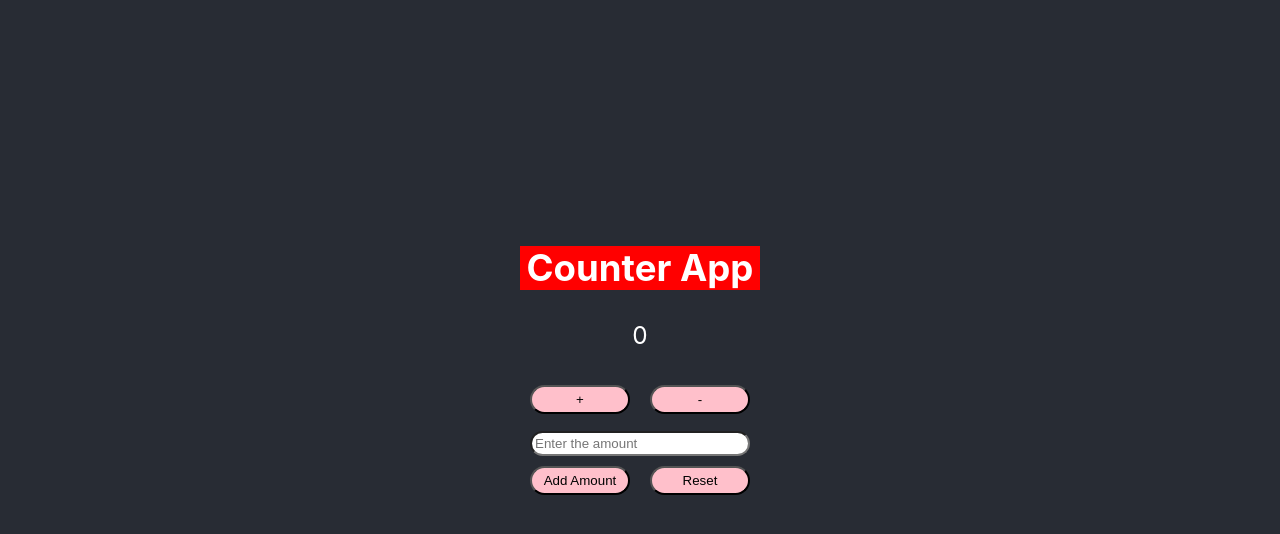
Repository: mahsa199170/React-Redux-Projects
Page: / (app in counter-app-redux-toolkit/)
The author's editor kept a copy of each file at every save. The page is drawn from the files as they stood at one save, then again after the next save.
The browser window is 1280 px wide. The pictures show the whole page.
The project was rebuilt for these pictures with package versions that can differ from the ones it lists, and the page was loaded fresh each time.

Above is the page before, as saved 2024-10-28 15:26:23.

### counter-app-redux-toolkit/src/index.js
import React from 'react';
import ReactDOM from 'react-dom/client';
import './index.css';
import App from './App';
import { Provider } from 'react-redux';
import store from './store';

const root = ReactDOM.createRoot(document.getElementById('root'));
root.render(
  <React.StrictMode>
    <Provider store={store}>
      <App />
    </Provider>
  </React.StrictMode>
);

### counter-app-redux-toolkit/src/App.js
import './App.css';
import Counter from './components/counter/Counter';

function App() {
  return (
    <div className="App">
      <header className="App-header">
        <Counter />
      </header>
    </div>
  );
}

export default App;

### counter-app-redux-toolkit/src/store.js
import { configureStore, combineReducers } from '@reduxjs/toolkit';
import countReducer from './slice/counterSlice';

const rootReducer = combineReducers({
  counter: countReducer,
});

const store = configureStore({
  reducer: rootReducer,
});

export default store;

### counter-app-redux-toolkit/src/components/counter/Counter.js
import React, { useState } from 'react';
import { useDispatch, useSelector } from 'react-redux';
import {
  countSelector,
  DECREMENT_BY_ONE,
  INCREMENET_BY_ONE,
  INCREMENT_BY_AN_AMOUNT,
  RESET_AMOUNT,
} from '../../slice/counterSlice';
import './Counter.scss';

const Counter = () => {
  const [inputNumber, setInputNumber] = useState('');
  const number = useSelector(countSelector);

  const dispatch = useDispatch();

  const handleIncrement = () => {
    dispatch(INCREMENET_BY_ONE());
  };
  const handleDecrement = () => {
    dispatch(DECREMENT_BY_ONE());
  };

  const addAmount = () => {
    dispatch(INCREMENT_BY_AN_AMOUNT(Number(inputNumber) || 0));
    setInputNumber('');
  };

  const handleReset = () => {
    setInputNumber('');
    dispatch(RESET_AMOUNT());
  };

  return (
    <section>
      <h1 style={{ backgroundColor: 'red' }}>Counter App</h1>
      <p>{number}</p>
      <div>
        <button className="btn" onClick={handleIncrement}>
          +
        </button>
        <button className="btn" onClick={handleDecrement}>
          -
        </button>
      </div>
      <div>
        <input
          type="text"
          placeholder="Enter the amount"
          value={inputNumber}
          onChange={(e) => setInputNumber(e.target.value)}
        />
      </div>
      <div>
        <button className="btn btn-dowm" onClick={addAmount}>
          Add Amount
        </button>
        <button className="btn btn-dowm" onClick={handleReset}>
          Reset{' '}
        </button>
      </div>
    </section>
  );
};

export default Counter;

### counter-app-redux-toolkit/src/slice/counterSlice.js
import { createSlice } from '@reduxjs/toolkit';

const initialState = {
  count: 0,
};

const counterSlice = createSlice({
  name: 'counter',
  initialState,
  reducers: {
    INCREMENET_BY_ONE: (state, action) => {
      state.count += 1;
    },
    DECREMENT_BY_ONE: (state, action) => {
      state.count -= 1;
    },
    INCREMENT_BY_AN_AMOUNT: (state, action) => {
      state.count += action.payload;
    },
    RESET_AMOUNT: (state, action) => {
      state.count = 0;
    },
  },
});

export const countSelector = (state) => state.counter.count;
export const {
  INCREMENET_BY_ONE,
  DECREMENT_BY_ONE,
  INCREMENT_BY_AN_AMOUNT,
  RESET_AMOUNT,
} = counterSlice.actions;

export default counterSlice.reducer;

### counter-app-redux-toolkit/src/components/counter/Counter.scss
.btn {
  background-color: pink;
  padding: 5px;
  margin: 10px;
  width: 100px;
  border-radius: 50px;
}

input {
  width: 210px;
  border-radius: 50px;
  padding: 3px;
}

.btn-down {
  margin-top: 10px !important;
}

Loaded but not shown: counter-app-redux-toolkit/public/index.html (common file); counter-app-redux-toolkit/src/index.css (common file); counter-app-redux-toolkit/src/App.css (common file)

After the next save:
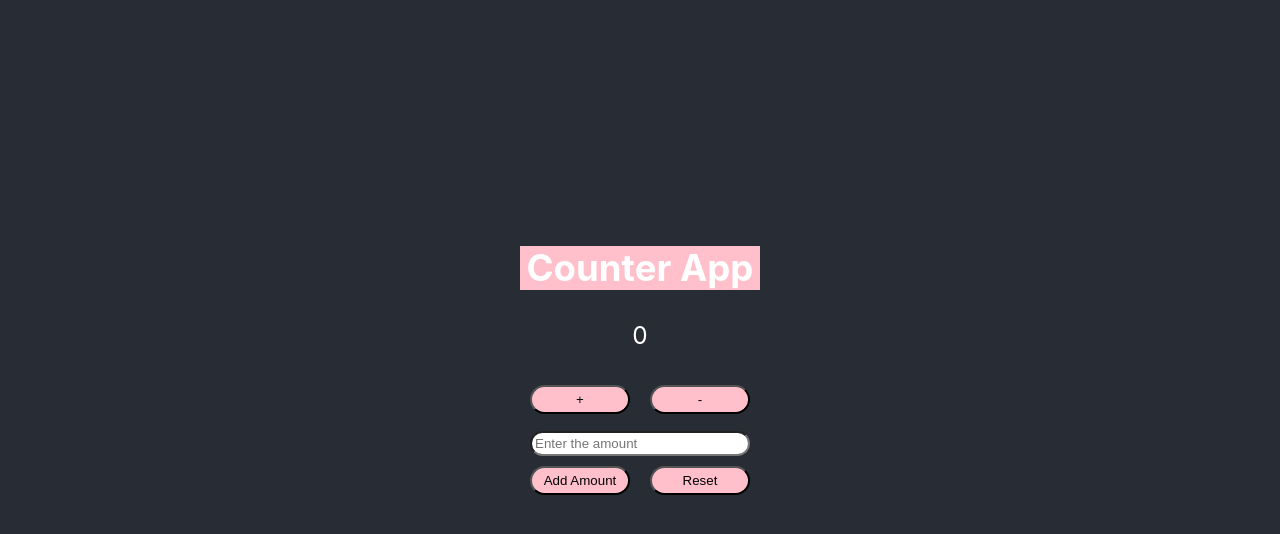
Saved 8 s later.
--- a/counter-app-redux-toolkit/src/components/counter/Counter.js
+++ b/counter-app-redux-toolkit/src/components/counter/Counter.js
@@ -34,7 +34,7 @@ const Counter = () => {
 
   return (
     <section>
-      <h1 style={{ backgroundColor: 'red' }}>Counter App</h1>
+      <h1 style={{ backgroundColor: 'pink' }}>Counter App</h1>
       <p>{number}</p>
       <div>
         <button className="btn" onClick={handleIncrement}>
